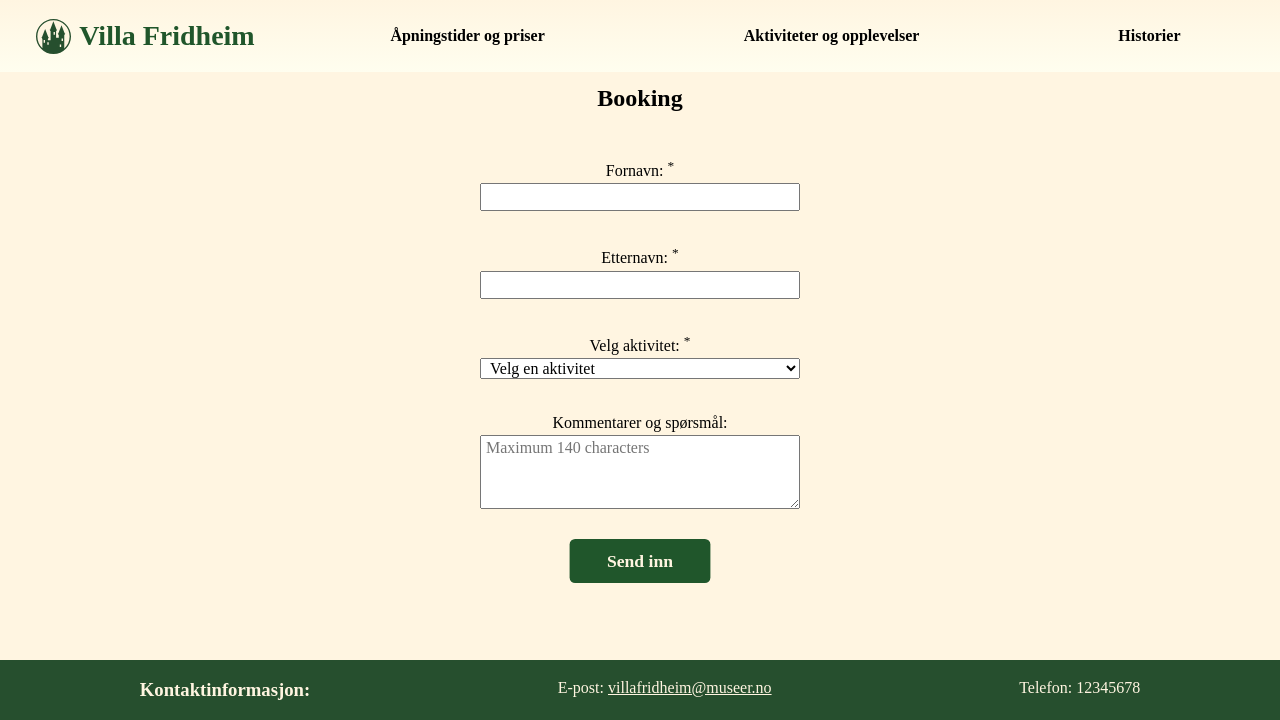
Repository: IdaHolmen/villa-fridheim
Page: src/booking.html
The author's editor kept a copy of each file at every save. The page is drawn from the files as they stood at one save, then again after the next save.
The browser window is 1280 px wide. The pictures show the whole page.
The pointer rests on the first visible `#submit-button`.
Some web fonts or font styles are not loaded; a fallback is used.

Above is the page before, as saved 2024-10-12 16:23:43.

After the next save:
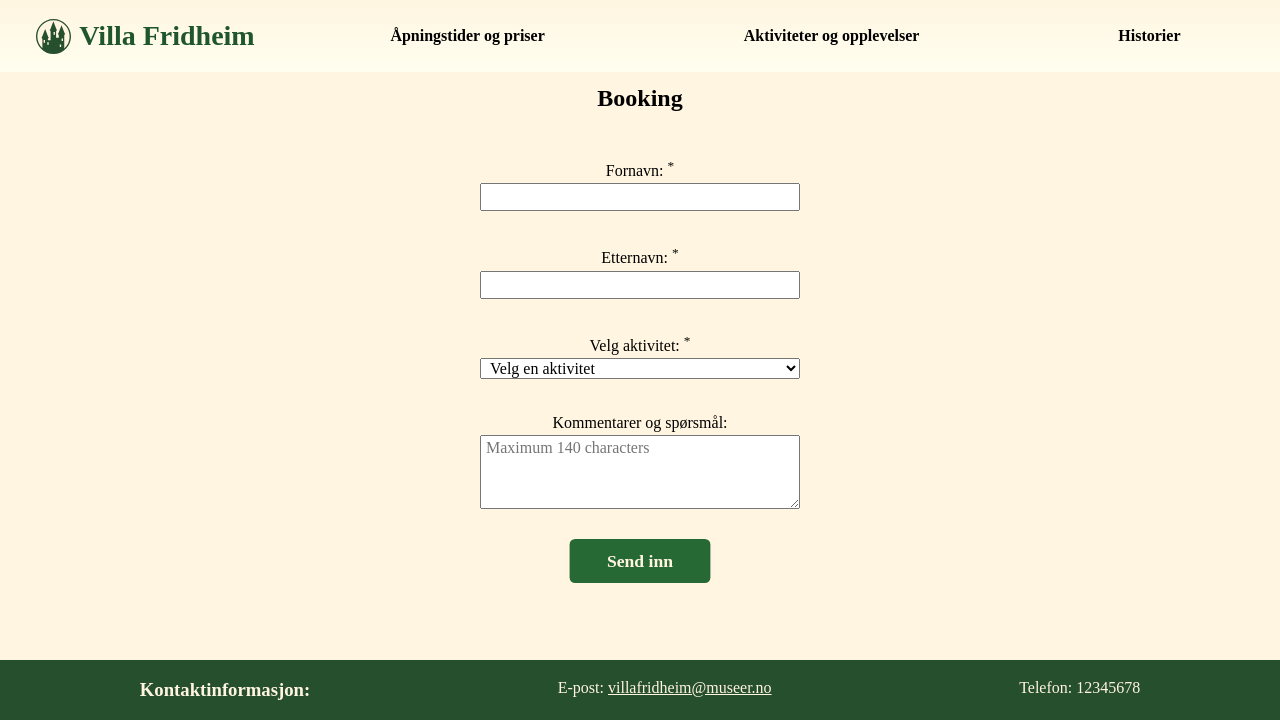
Saved 36 s later.
--- a/css/style.css
+++ b/css/style.css
@@ -243,6 +243,6 @@ textarea {
 }
 
 #submit-button:hover {
-    background-color: #20562b;
+    background-color: #276934;
     transform: scale(1.1);
 }
